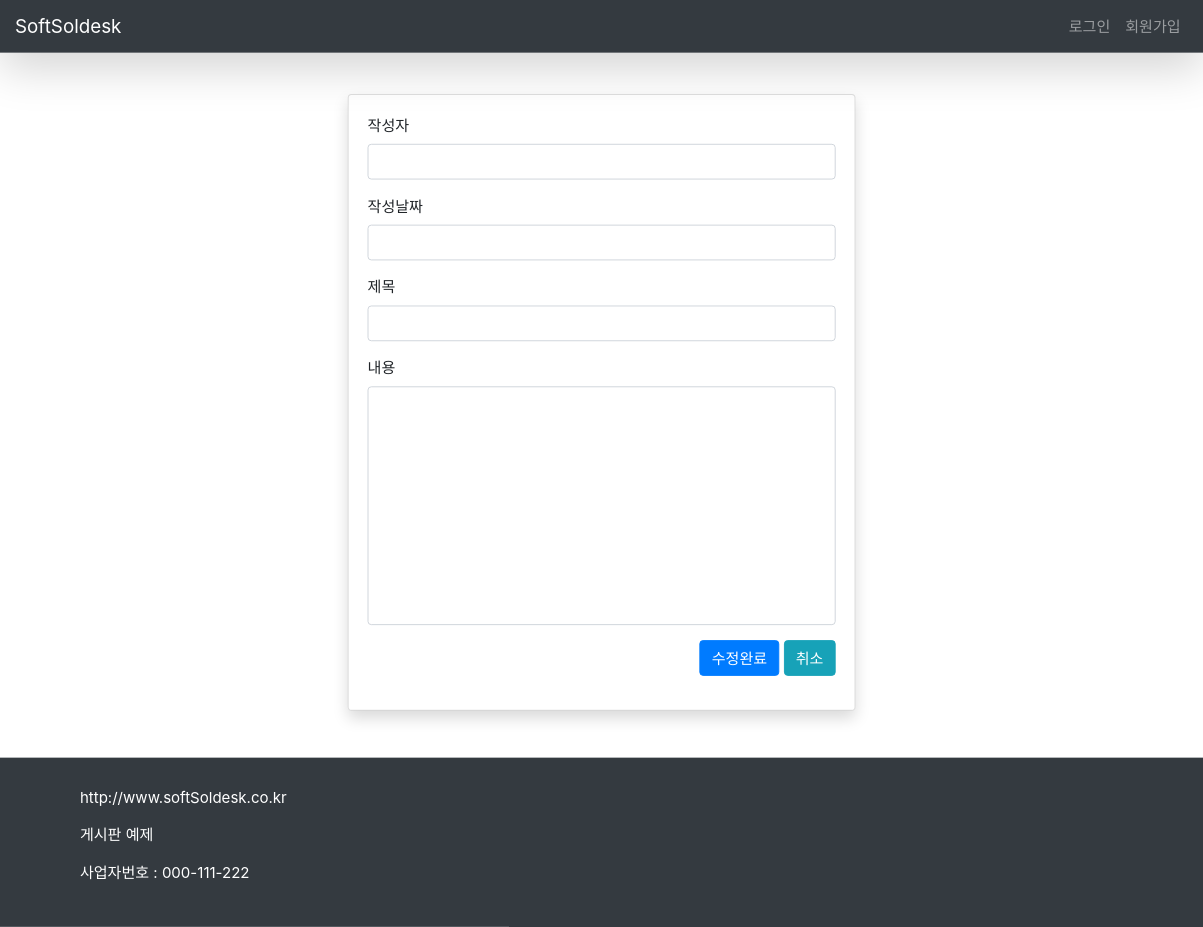
Repository: JunMinki/testGit
Page: http://localhost/BoardProject/WEB-INF/views/board/modify.jsp
An editor plug-in stored every save of this project. The page is shown before and after the next save, followed by the edit.
The browser window is 1280 px wide. The pictures show the whole page, at 94% of full size.
The page is served by Tomcat 9. Nobody is signed in. The template is opened directly, without the code that normally fills it, so the values that code supplies are empty.

Above is the page before, as saved 2024-08-02 03:02:20.

After the next save:
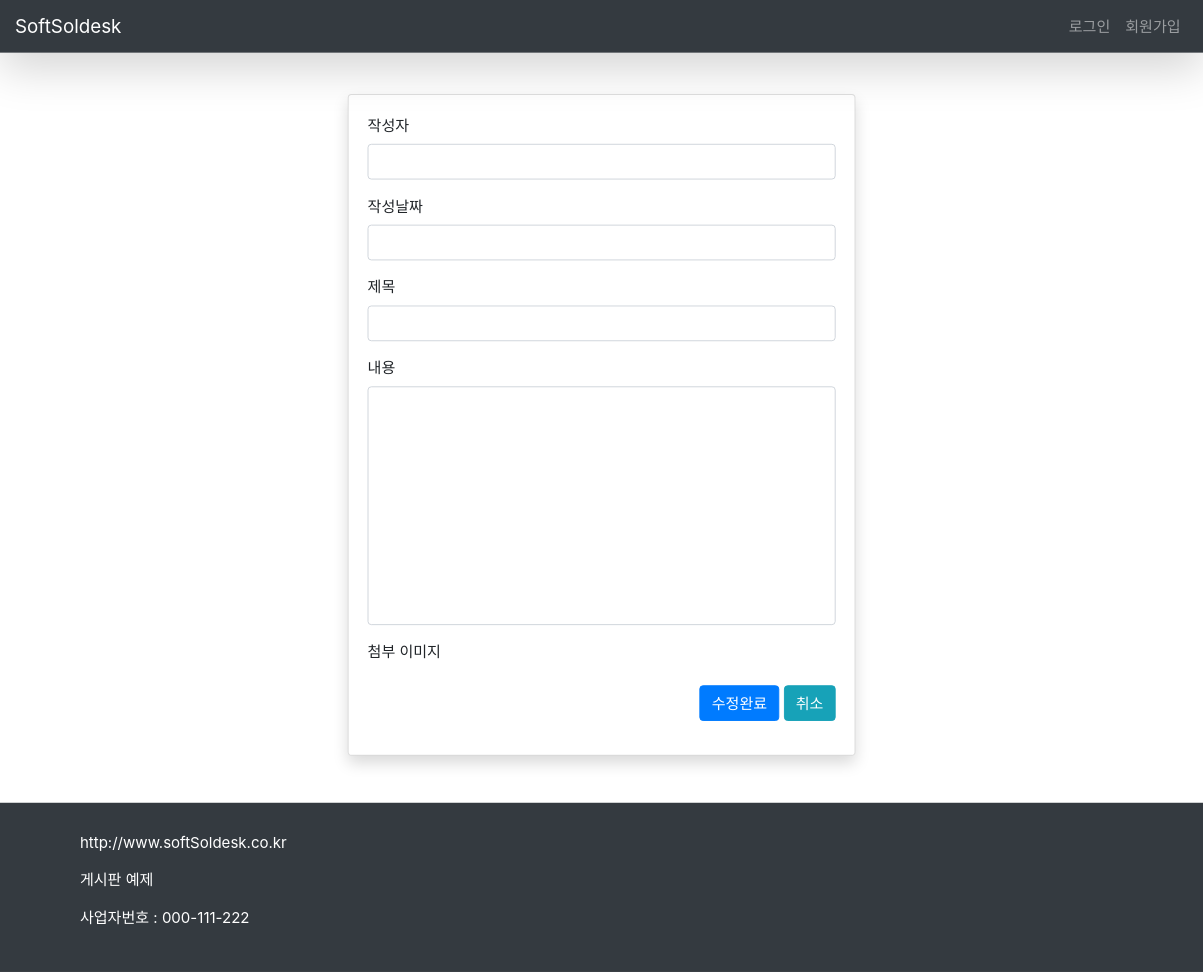
Saved 2 min 9 s later.
--- a/BoardProject/src/main/webapp/WEB-INF/views/board/modify.jsp
+++ b/BoardProject/src/main/webapp/WEB-INF/views/board/modify.jsp
@@ -51,8 +51,9 @@
 								<form:errors path="content_text" style="color:red;" />
 							</div>
 							<div class="form-group">
+
+								<form:label path="content_file">첨부 이미지</form:label>
 							<c:if test="${modi.content_file != null }">
-								<form:label path="content_file">첨부 이미지</form:label>
 								<img src="${root }upload/${modi.content_file}" width="100%" />
 								<form:input type="file" path="upload_file" class="form-control" accept="image/*" />
 							</c:if>
